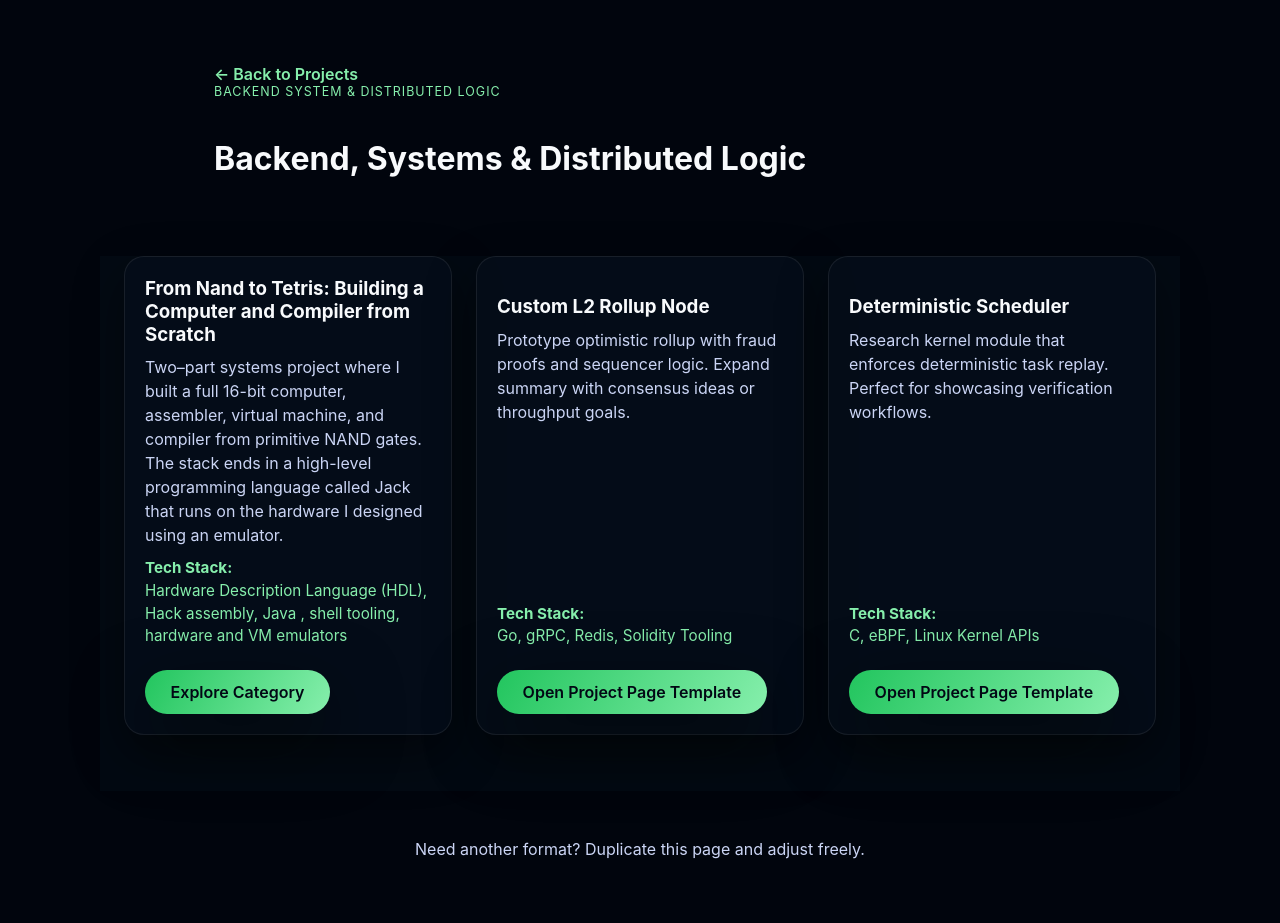
Repository: Abdulaziz-04/Abdulaziz-04.github.io
Page: projects/backend_systems.html
An editor plug-in stored every save of this project. The page is shown before and after the next save, followed by the edit.
The browser window is 1280 px wide. The pictures show the whole page.

Above is the page before, as saved 2025-11-20 22:16:25.

### projects/backend_systems.html
<!DOCTYPE html>
<html lang="en">
  <head>
    <meta charset="UTF-8" />
    <meta name="viewport" content="width=device-width, initial-scale=1" />
    <title>Backend, Systems &amp; Distributed Logic | Projects</title>
    <link rel="stylesheet" href="../assets/css/styles.css" />
  </head>
  <body class="category-page">
    <header class="category-hero">
      <a class="category-back" href="../index.html#projects"
        >&larr; Back to Projects</a
      >
      <a class="category-pill" href="../index.html#projects"
        >Backend System &amp; Distributed Logic</a
      >
      <br />
      <h1>Backend, Systems &amp; Distributed Logic</h1>
    </header>
    <main class="section category-section">
      <div class="project-modal-grid">
        <article class="project-modal-card">
          <div class="project-modal__body">
            <h3>
              From Nand to Tetris: Building a Computer and Compiler from Scratch
            </h3>
            <p class="project-modal__summary">
              Two–part systems project where I built a full 16-bit computer,
              assembler, virtual machine, and compiler from primitive NAND
              gates. The stack ends in a high-level programming language called
              Jack that runs on the hardware I designed using an emulator.
            </p>
            <p class="project-modal__tech">
              <strong>Tech Stack:</strong>
              Hardware Description Language (HDL), Hack assembly, Java , shell
              tooling, hardware and VM emulators
            </p>
            <div class="project-modal__actions">
              <a
                class="btn primary"
                href="../deepdives/backend_systems/nand2tetris/nand2tetris.html"
                >Explore Category</a
              >
            </div>
          </div>
        </article>

        <article class="project-modal-card">
          <div class="project-modal__body">
            <h3>Custom L2 Rollup Node</h3>
            <p class="project-modal__summary">
              Prototype optimistic rollup with fraud proofs and sequencer logic.
              Expand summary with consensus ideas or throughput goals.
            </p>
            <p class="project-modal__tech">
              <strong>Tech Stack:</strong> Go, gRPC, Redis, Solidity Tooling
            </p>
            <div class="project-modal__actions">
              <a class="btn primary" href="project-template.html"
                >Open Project Page Template</a
              >
            </div>
          </div>
        </article>

        <article class="project-modal-card">
          <div class="project-modal__body">
            <h3>Deterministic Scheduler</h3>
            <p class="project-modal__summary">
              Research kernel module that enforces deterministic task replay.
              Perfect for showcasing verification workflows.
            </p>
            <p class="project-modal__tech">
              <strong>Tech Stack:</strong> C, eBPF, Linux Kernel APIs
            </p>
            <div class="project-modal__actions">
              <a class="btn primary" href="project-template.html"
                >Open Project Page Template</a
              >
            </div>
          </div>
        </article>
      </div>
    </main>
    <footer class="category-footer">
      <p>Need another format? Duplicate this page and adjust freely.</p>
    </footer>
  </body>
</html>

### assets/css/styles.css
:root {
  --bg: #030a13;
  --bg-alt: #050f1f;
  --panel: #071425;
  --panel-soft: rgba(34, 197, 94, 0.08);
  --accent: #22c55e;
  --accent-strong: #86efac;
  --text: #f8fafc;
  --muted: #cbd5f5;
  --border: rgba(255, 255, 255, 0.08);
  --radius: 18px;
  --shadow: 0 25px 70px rgba(1, 8, 4, 0.55);
}

* {
  box-sizing: border-box;
}

body {
  margin: 0;
  min-height: 100vh;
  font-family: "Inter", "Segoe UI", system-ui, -apple-system, BlinkMacSystemFont,
    sans-serif;
  color: var(--text);
  background: radial-gradient(circle at 15% 35%, rgba(34, 197, 94, 0.15), transparent 45%),
    radial-gradient(circle at 80% 0%, rgba(134, 239, 172, 0.2), transparent 35%),
    #020718;
  scroll-behavior: smooth;
  padding-top: 0;
}

.modal-open {
  overflow: hidden;
}

main {
  background: var(--bg);
}

.section {
  max-width: 1080px;
  margin: 0 auto;
  padding: 3.5rem 1.5rem;
}

.site-header {
  margin: 0;
  padding: clamp(4rem, 12vw, 6rem) clamp(1.5rem, 6vw, 4rem) 3.5rem;
  background: linear-gradient(135deg, rgba(5, 18, 12, 0.9), rgba(3, 10, 19, 0.85)),
    radial-gradient(circle at top left, rgba(34, 197, 94, 0.25), transparent 55%);
  box-shadow: inset 0 1px 0 rgba(255, 255, 255, 0.05);
  min-height: 85vh;
  display: flex;
  align-items: center;
}

.hero-header {
  margin-top: 0;
  padding-top: clamp(4.5rem, 12vw, 7rem);
}

.top-nav {
  position: fixed;
  top: 0;
  left: 0;
  width: 100%;
  padding: 0.75rem clamp(1.25rem, 6vw, 4rem);
  background: rgba(4, 9, 20, 0.95);
  border-bottom: 1px solid rgba(255, 255, 255, 0.05);
  backdrop-filter: blur(14px);
  display: flex;
  align-items: center;
  justify-content: space-between;
  gap: 1rem;
  z-index: 50;
}

.top-nav__brand {
  font-size: 0.85rem;
  letter-spacing: 0.3em;
  text-transform: uppercase;
  color: var(--muted);
}

.top-nav__links {
  display: flex;
  align-items: center;
  gap: 0.9rem;
  flex-wrap: wrap;
}

.nav-link {
  text-decoration: none;
  color: var(--muted);
  font-weight: 600;
  letter-spacing: 0.08em;
  text-transform: uppercase;
  padding: 0.4rem 0.85rem;
  border-radius: 999px;
  transition: color 0.2s ease, background 0.2s ease;
}

.nav-link:hover {
  color: var(--text);
}

.nav-link.active {
  background: var(--accent);
  color: #03140c;
}

.hire-btn {
  cursor: pointer;
  background: var(--accent);
  color: black;
  padding: 0.95rem 2.4rem;
  font-size: 1.1rem;
  font-weight: 700;
  border: none;
  border-radius: 999px;
  box-shadow: 0 12px 28px rgba(34, 197, 94, 0.35);
}

.hero-grid {
  display: grid;
  grid-template-columns: minmax(0, 1.4fr) minmax(220px, 320px);
  gap: clamp(2rem, 4vw, 3.5rem);
  width: 100%;
  align-items: start;
}

.hero-text h1 {
  font-size: clamp(2.5rem, 5vw, 3.8rem);
  margin: 0.2rem 0 0.8rem;
}

.hero-lede {
  color: var(--muted);
  font-size: 1.05rem;
  max-width: 560px;
  line-height: 1.6;
}

.eyebrow {
  text-transform: uppercase;
  color: var(--accent-strong);
}

.hero-summary {
  margin: 1.5rem 0 1.75rem;
  color: var(--muted);
}

.summary-list {
  font-size: large;
  margin: 0;
  padding-left: 1.5rem;
}

.summary-list li {
  margin-bottom: 0.55rem;
  line-height: 1.5;
}

.hero-actions {
  display: flex;
  flex-wrap: wrap;
  gap: 1rem;
  width: 100%;
}

.hero-actions .hire-btn {
  padding: 1.1rem 2.8rem;
  font-size: 1.2rem;
}

.btn {
  display: inline-flex;
  align-items: center;
  justify-content: center;
  gap: 0.4rem;
  padding: 0.75rem 1.6rem;
  border-radius: 999px;
  text-decoration: none;
  font-weight: 600;
  transition: transform 0.2s ease, box-shadow 0.2s ease;
}

.btn.primary {
  background: linear-gradient(120deg, var(--accent), var(--accent-strong));
  color: #020714;
  box-shadow: var(--shadow);
}

.btn.secondary {
  border: 1px solid var(--accent);
  color: var(--accent-strong);
}

.btn:hover {
  transform: translateY(-2px);
}

.hero-photo {
  justify-self: center;
}

.hero-photo img {
  width: clamp(220px, 18vw, 280px);
  border-radius: 28px;
  border: 1px solid rgba(134, 239, 172, 0.2);
  box-shadow: 0 20px 60px rgba(0, 0, 0, 0.6);
  filter: saturate(1.05);
}

.section h2 {
  margin-top: 0;
  font-size: 2rem;
}

.experience-grid {
  display: grid;
  grid-template-columns: repeat(auto-fit, minmax(300px, 1fr));
  gap: 1.75rem;
}

.experience-title {
  display: flex;
  justify-content: space-between;
  align-items: center;
  gap: 1rem;
  font-size: 1.2rem;
}

.experience-title .role {
  color: var(--text); /* default text color */
  font-weight: 600;
}

.experience-title .org {
  color:#6DF9C9;
  white-space: nowrap;
}

.experience-card,
.project-card {
  background: linear-gradient(145deg, var(--panel), rgba(6, 14, 18, 0.9));
  border-radius: var(--radius);
  border: 1px solid var(--border);
  padding: 1.75rem;
  box-shadow: var(--shadow);
}

.timeline {
  border-left: 2px solid var(--border);
  margin-top: 1.25rem;
}

.timeline-item {
  padding-left: 1.75rem;
  margin-bottom: 1.75rem;
  position: relative;
}

.timeline-header {
  display: flex;
  justify-content: space-between;
  align-items: baseline;
  gap: 1rem;
}

.timeline-header h3 {
  margin: 0;
}

.education-title {
  display: flex;
  justify-content: space-between;
  gap: 0.75rem;
  align-items: baseline;
  flex-wrap: wrap;
}

.edu-gpa {
  color: var(--accent-strong);
  white-space: nowrap;
  font-size: 0.95rem;
}





.hire-modal {
  position: fixed;
  inset: 0;
  background: rgba(5, 9, 18, 0.8);
  display: flex;
  justify-content: center;
  align-items: center;
  z-index: 100;
}

.hire-modal[hidden] {
  display: none;
}

.hire-modal__panel {
  background: #050b16;
  border: 1px solid rgba(255, 255, 255, 0.08);
  border-radius: 22px;
  padding: 1.75rem;
  width: min(90%, 420px);
  box-shadow: 0 30px 80px rgba(0, 0, 0, 0.55);
  position: relative;
  color: var(--text);
}

.hire-modal__panel p {
  color: var(--muted);
}

.hire-modal__close {
  position: absolute;
  top: 0.5rem;
  right: 0.75rem;
  background: var(--accent);
  color: #02120b;
  border: none;
  font-size: 1.35rem;
  font-weight: 700;
  cursor: pointer;
  width: 2.25rem;
  height: 2.25rem;
  border-radius: 999px;
  display: inline-flex;
  align-items: center;
  justify-content: center;
  line-height: 1;
}

.hire-options {
  display: flex;
  flex-direction: column;
  gap: 0.75rem;
  margin-top: 1rem;
}

.hire-option {
  display: flex;
  justify-content: space-between;
  align-items: center;
  padding: 0.85rem 1rem;
  border-radius: 1rem;
  text-decoration: none;
  color: var(--text);
  border: 1px solid rgba(255, 255, 255, 0.08);
  background: rgba(255, 255, 255, 0.02);
  transition: background 0.2s ease, transform 0.2s ease;
}

.hire-option:hover {
  background: rgba(34, 197, 94, 0.18);
  transform: translateY(-2px);
}

.hire-option small {
  color: var(--muted);
  letter-spacing: 0.04em;
}

.hire-modal__action {
  margin-top: 1.5rem;
  width: 100%;
  text-align: center;
}

.timeline-item::before {
  content: "";
  width: 11px;
  height: 11px;
  border-radius: 999px;
  background: var(--accent);
  box-shadow: 0 0 16px rgba(34, 197, 94, 0.8);
  position: absolute;
  left: -6px;
  top: 4px;
}

.timeline-date {
  font-size: 0.85rem;
  letter-spacing: 0.1em;
  text-transform: uppercase;
  color: var(--muted);
}

.course-dropdown {
  margin-top: 1.5rem;
}

.course-toggle {
  width: 100%;
  background: transparent;
  border: 1px solid rgba(255, 255, 255, 0.08);
  border-radius: var(--radius);
  padding: 0.75rem 1.1rem;
  color: var(--text);
  font: inherit;
  font-weight: 600;
  letter-spacing: 0.04em;
  display: flex;
  justify-content: space-between;
  align-items: center;
  cursor: pointer;
  transition: border-color 0.2s ease, transform 0.2s ease, box-shadow 0.2s ease;
}

.course-toggle:hover {
  border-color: rgba(134, 239, 172, 0.7);
  box-shadow: 0 0 20px rgba(34, 197, 94, 0.25);
  transform: translateY(-1px);
}

.course-toggle__icon {
  font-size: 1.1rem;
  line-height: 1;
  transition: transform 0.25s ease;
}

.course-toggle[aria-expanded='true'] .course-toggle__icon {
  transform: rotate(45deg);
}

.course-panel {
  margin-top: 1rem;
  border-left: 2px solid rgba(134, 239, 172, 0.3);
  padding-left: 1.25rem;
}

.course-panel[hidden] {
  display: none;
}

.course-panel__body h4 {
  margin-top: 1rem;
  margin-bottom: 0.5rem;
}

.certifications-list {
  display: grid;
  gap: 1rem;
  margin-top: 1rem;
}

#certifications {
  scroll-margin-top: 140px;
}

.cert-list {
  list-style: none;
  padding: 0;
  margin: 0;
  display: flex;
  flex-direction: column;
  gap: 0.75rem;
}

.cert-title {
  font-weight: 700;
}

.cert-meta {
  font-size: 0.95rem;
  color: var(--muted);
}

.loading-text,
.loading-error {
  color: var(--muted);
  font-style: italic;
}

.loading-error {
  color: #fda4af;
}

.project-card--featured {
  display: flex;
  flex-wrap: wrap;
  gap: 1.5rem;
}

.project-media img {
  max-width: 280px;
  border-radius: var(--radius);
  border: 1px solid rgba(34, 197, 94, 0.3);
}

.project-grid {
  display: grid;
  grid-template-columns: repeat(auto-fit, minmax(240px, 1fr));
  gap: 1.25rem;
  margin-top: 1rem;
}

.projects-overview .projects-lede {
  color: var(--muted);
  max-width: 760px;
  margin-bottom: 2rem;
}

.project-category-grid {
  display: grid;
  grid-template-columns: repeat(auto-fit, minmax(260px, 1fr));
  gap: 1.5rem;
  margin-top: 2rem;
}

.project-category-card {
  border: 1px solid var(--border);
  border-radius: var(--radius);
  padding: 1.75rem;
  background: rgba(7, 19, 33, 0.85);
  display: flex;
  flex-direction: column;
  gap: 0.75rem;
  box-shadow: 0 15px 40px rgba(0, 0, 0, 0.35);
  min-height: 260px;
}

.category-pill {
  text-transform: uppercase;
  letter-spacing: 0.08em;
  font-size: 0.78rem;
  color: var(--accent-strong);
  margin: 0;
  display: block;
  min-height: 2.2em;
  text-decoration: none;
  cursor: pointer;
}

.project-category-card h3 {
  margin: 0;
  line-height: 1.35;
  min-height: 3.2em;
}

.project-category-card > p:not(.category-pill) {
  margin: 0;
  line-height: 1.5;
  min-height: 4.4em;
}

.category-link {
  align-self: flex-start;
  margin-top: auto;
}

.category-page {
  background: #01050d;
  color: var(--text);
  min-height: 100vh;
  margin: 0;
}

.category-hero {
  max-width: 900px;
  margin: 0 auto;
  padding: 4rem 1.5rem 2rem;
  text-align: left;
}

.category-hero h1 {
  margin-top: 0.5rem;
}

.category-back {
  text-decoration: none;
  color: var(--accent-strong);
  font-weight: 600;
}

.category-section {
  padding-top: 0;
}

.category-description {
  color: var(--muted);
  max-width: 720px;
}

.project-modal-grid {
  display: grid;
  grid-template-columns: repeat(auto-fit, minmax(280px, 1fr));
  gap: 1.5rem;
  margin-top: 1.5rem;
  align-items: stretch;
  grid-auto-rows: 1fr;
}

.project-modal-card {
  border: 1px solid rgba(255, 255, 255, 0.08);
  border-radius: 20px;
  padding: 1.25rem;
  background: rgba(5, 13, 25, 0.95);
  display: flex;
  flex-direction: column;
  gap: 1rem;
  box-shadow: 0 20px 50px rgba(0, 0, 0, 0.45);
  height: 100%;
}

.project-modal__body {
  display: grid;
  grid-template-rows: auto 1fr auto auto;
  gap: 0.6rem;
  height: 100%;
}

.project-modal-card h3 {
  margin: 0;
  min-height: 2.6rem;
  display: flex;
  align-items: flex-end;
}

.project-modal__body h3,
.project-modal__body p {
  margin: 0;
}

.project-modal__summary {
  color: var(--muted);
  line-height: 1.5;
  min-height: 0;
}

.project-modal__tech {
  font-size: 0.95rem;
  color: var(--accent-strong);
  min-height: 2.4rem;
  line-height: 1.5;
}

.project-modal__tech strong,
.project-modal__tech b {
  display: block;
}

.project-modal__actions {
  display: flex;
  gap: 0.75rem;
  flex-wrap: wrap;
  margin-top: auto;
  padding-top: 0.75rem;
}

.category-footer {
  text-align: center;
  color: var(--muted);
  padding: 2rem 1rem 3rem;
}

.project-detail-page {
  background: #01050d;
  color: var(--text);
  margin: 0;
}

.detail-hero {
  max-width: 960px;
  margin: 0 auto;
  padding: 4rem 1.5rem 2rem;
}

.detail-summary {
  color: var(--muted);
  font-size: 1.1rem;
}

.detail-meta {
  list-style: none;
  padding: 0;
  margin: 1.5rem 0 0;
  display: flex;
  flex-wrap: wrap;
  gap: 1rem 2rem;
  color: var(--accent-strong);
}

.detail-content {
  padding-top: 0;
}

.home-page p,
.home-page li,
.home-page .course-panel__body {
  text-align: justify;
}

.home-page .projects-overview p,
.home-page .project-category-card p {
  text-align: left;
}

.project-detail-page p,
.project-detail-page li {
  text-align: justify;
}

.detail-section {
  margin-bottom: 2.5rem;
}

.detail-gallery {
  display: flex;
  flex-direction: column;
  gap: 1.5rem;
}

.detail-gallery .gallery-row {
  display: flex;
  flex-direction: column;
  gap: 1.75rem;
  align-items: center;
}

.detail-gallery .gallery-row--two {
  width: 100%;
  display: grid;
  grid-template-columns: repeat(auto-fit, minmax(280px, 1fr));
  gap: 1.25rem;
  align-items: start;
}

.detail-gallery .gallery-item {
  flex: 0 0 auto;
  max-width: 880px;
  margin: 0 auto;
  text-align: center;
}

.detail-gallery .gallery-item figcaption {
  text-align: center;
}

.detail-gallery .gallery-item img {
  display: block;
  width: 100%;
  height: auto;
  border-radius: 12px;
  border: 1px solid rgba(255, 255, 255, 0.08);
  margin: 0 auto;
  transform: none;
}

.detail-video {
  display: block;
  width: 100%;
  max-width: 720px;
  height: auto;
  margin: 0 auto;
  border-radius: 12px;
  border: 1px solid rgba(255, 255, 255, 0.08);
  background: #000;
}

.detail-gallery__grid {
  display: grid;
  grid-template-columns: repeat(auto-fit, minmax(240px, 1fr));
  gap: 1.25rem;
}

.detail-gallery__grid img {
  width: 100%;
  border-radius: 14px;
  border: 1px solid rgba(255, 255, 255, 0.08);
}

.detail-snippet pre {
  background: #020714;
  padding: 1.25rem;
  border-radius: 16px;
  border: 1px solid rgba(255, 255, 255, 0.08);
  overflow-x: auto;
}

.code-emphasis {
  font-size: 1.4em;
}

.skills-list {
  display: flex;
  flex-wrap: wrap;
  gap: 0.65rem;
}

.skill-pill {
  --pill-bg: rgba(148, 163, 184, 0.15);
  --pill-color: #f8fafc;
  --pill-icon: rgba(255, 255, 255, 0.85);
  display: inline-flex;
  align-items: center;
  gap: 0.4rem;
  padding: 0.45rem 0.9rem;
  border-radius: 0.85rem;
  background: var(--pill-bg);
  color: var(--pill-color);
  font-size: 0.78rem;
  font-weight: 700;
  letter-spacing: 0.05em;
  text-transform: uppercase;
  border: 1px solid rgba(255, 255, 255, 0.06);
  box-shadow: 0 6px 14px rgba(0, 0, 0, 0.25);
}

.skill-pill i {
  font-size: 1rem;
  color: var(--pill-icon);
}

.site-footer {
  text-align: center;
  display: flex;
  justify-content: center;
  padding: 2.5rem 1rem 3rem;
  color: var(--muted);
  border-top: 1px solid var(--border);
  background: linear-gradient(180deg, rgba(5, 9, 18, 0.98), rgba(2, 7, 24, 0.95));
  margin-top: 0;
  box-shadow: 0 -18px 45px rgba(0, 0, 0, 0.45);
}

.site-footer p {
  margin: 0;
}

@media (max-width: 1024px) {
  .hero-grid {
    grid-template-columns: 1fr;
    text-align: center;
  }

  .hero-photo {
    order: -1;
  }

  .top-nav {
    flex-direction: column;
    align-items: flex-start;
    gap: 0.5rem;
  }

  .top-nav__links {
    width: 100%;
    justify-content: flex-start;
    gap: 0.5rem;
  }

  .hire-btn {
    width: 100%;
    text-align: center;
  }
}

@media (max-width: 640px) {
  .hero-header {
    padding-top: 9rem;
  }

  .experience-title {
    flex-direction: column;
    align-items: flex-start;
    gap: 0.35rem;
    font-size: 1.05rem;
  }

  .experience-title .org {
    white-space: normal;
    width: 100%;
  }
}


/* Medium size for first GIF */
.gallery-item--medium {
  text-align: center;
}

.gallery-item--medium img {
  max-width: 720px;
  width: 100%;
  height: auto;
  display: block;
  margin: 0 auto;
}

.gallery-item figcaption {
  margin-top: 0.95rem;
  color: var(--muted);
  line-height: 1.5;
}

.hero-screens {
  display: flex;
  flex-wrap: wrap;
  justify-content: center;
  align-items: flex-start;
  gap: 1.25rem;
}

.hero-screens .gallery-item {
  max-width: 220px;
  width: 100%;
  display: flex;
  flex-direction: column;
  align-items: center;
}

.hero-screens .gallery-item img {
  width: 100%;
  height: 420px;
  display: block;
  margin: 0 auto;
  object-fit: contain;
}

.hero-screens .gallery-item figcaption {
  text-align: center;
  margin-top: 0.75rem;
}


a {
  color: #b6f5c9;
}

a:hover {
  color: #8ef0af;
}

After the next save:
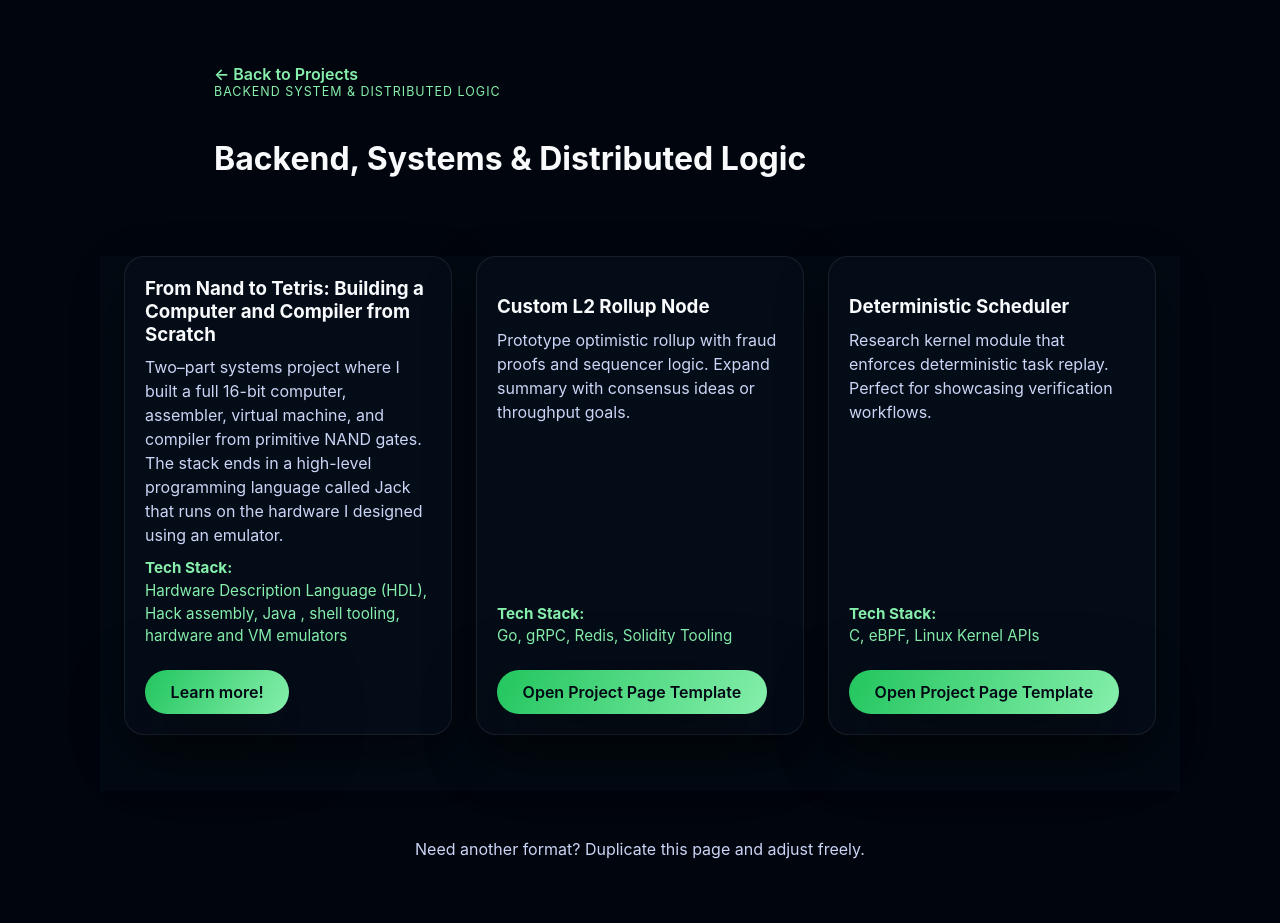
Saved 12 s later.
--- a/projects/backend_systems.html
+++ b/projects/backend_systems.html
@@ -39,7 +39,7 @@
               <a
                 class="btn primary"
                 href="../deepdives/backend_systems/nand2tetris/nand2tetris.html"
-                >Explore Category</a
+                >Learn more!</a
               >
             </div>
           </div>
